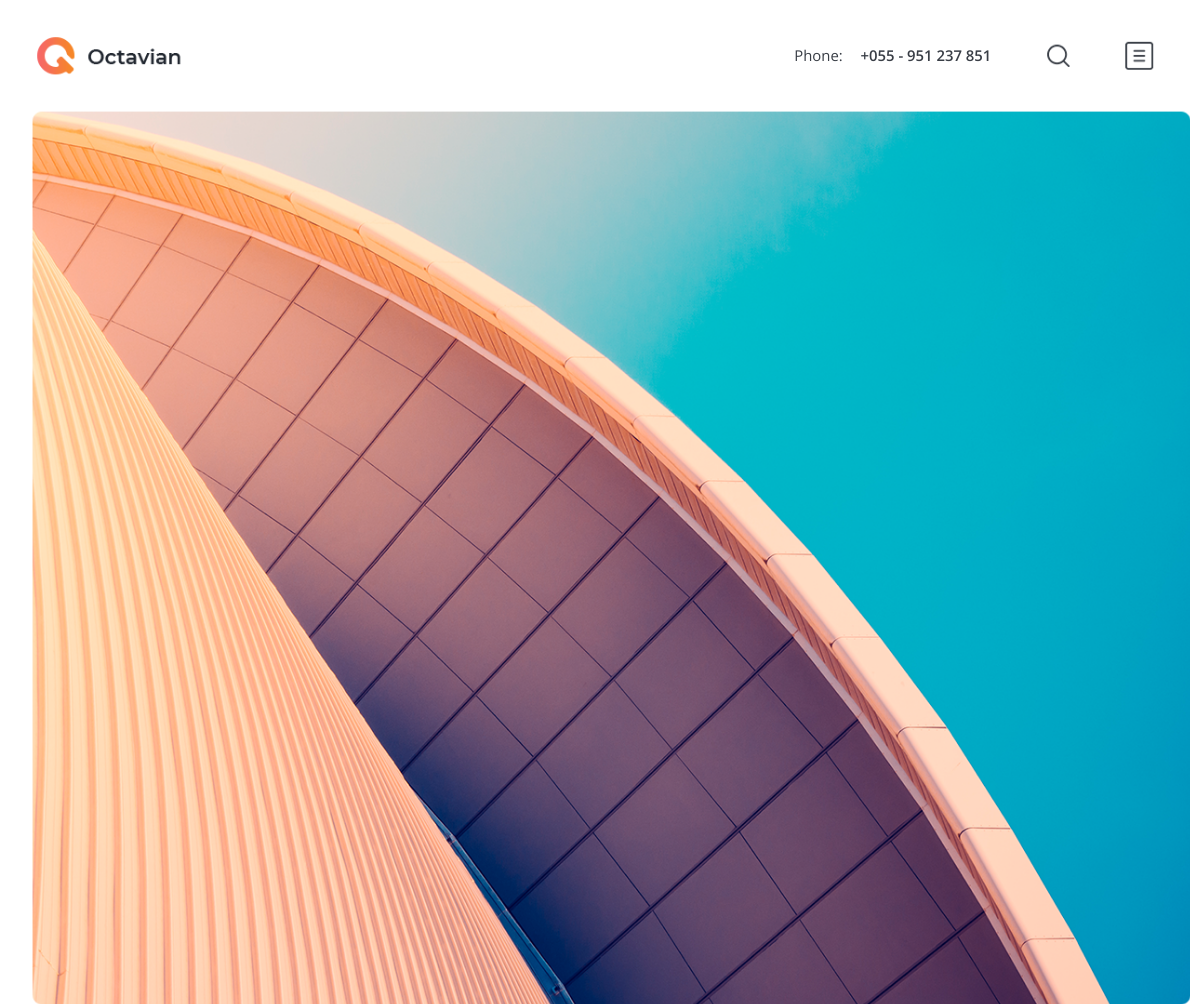
Repository: kate30980/LP-practiceoctavian
Page: index.html
These files come from the project's save history. The page is drawn as it stood at one moment and after the next save; the edit follows.
The browser window is 1280 px wide. The pictures show the whole page, at 93% of full size.
The style sheet was rebuilt from its Sass, Less or Tailwind sources for each picture, by a compiler version that may differ from the author's.

Above is the page before, as saved 2021-08-25 08:53:58.

After the next save:
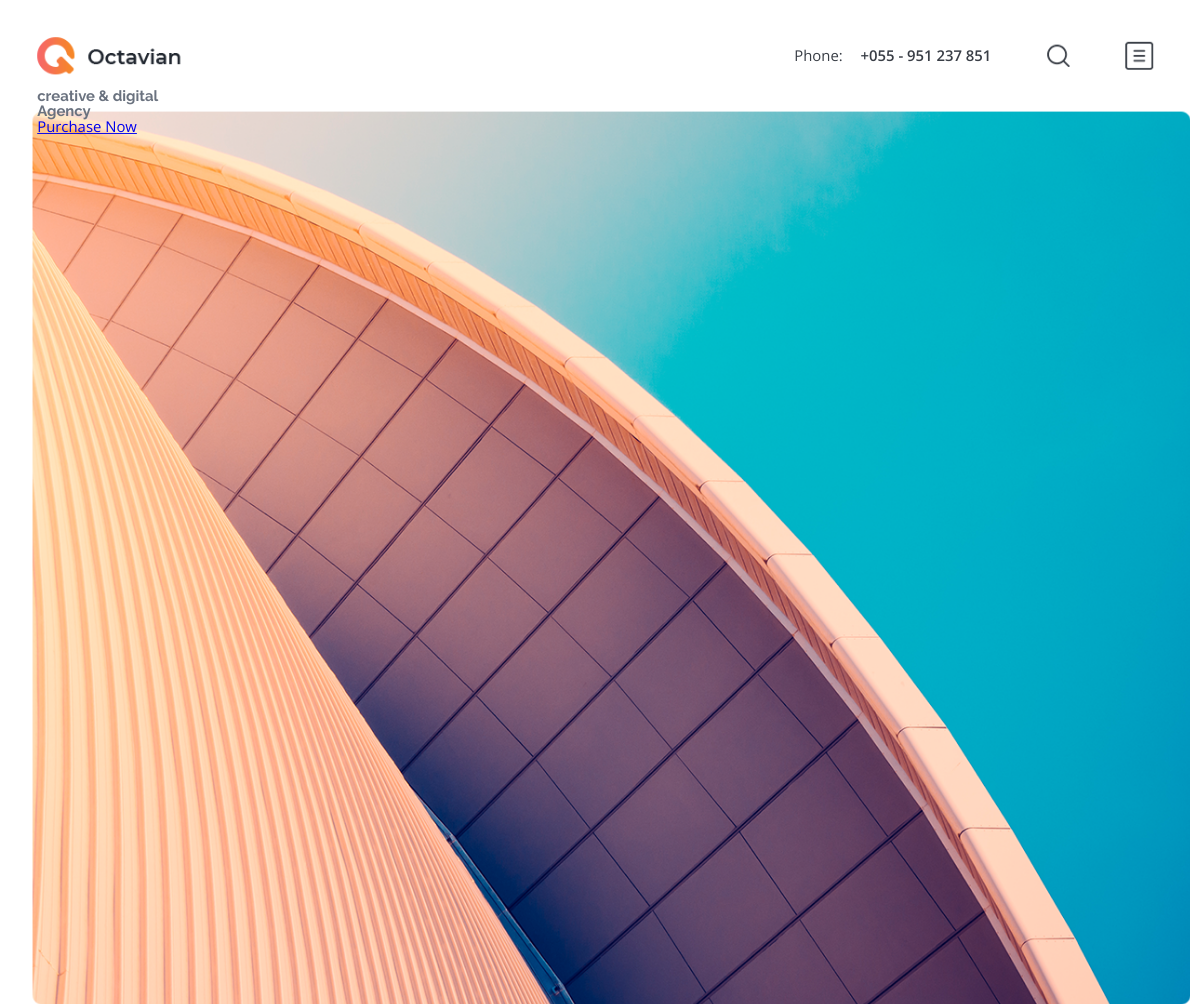
Saved 2 min 23 s later.
--- a/sass/_hero.scss
+++ b/sass/_hero.scss
@@ -4,4 +4,9 @@
         position: absolute;
         right: 0;
     }
+    &-content{
+        position: absolute;
+        top: 50%;
+        transform: translateY(-50%);
+    }
 }
